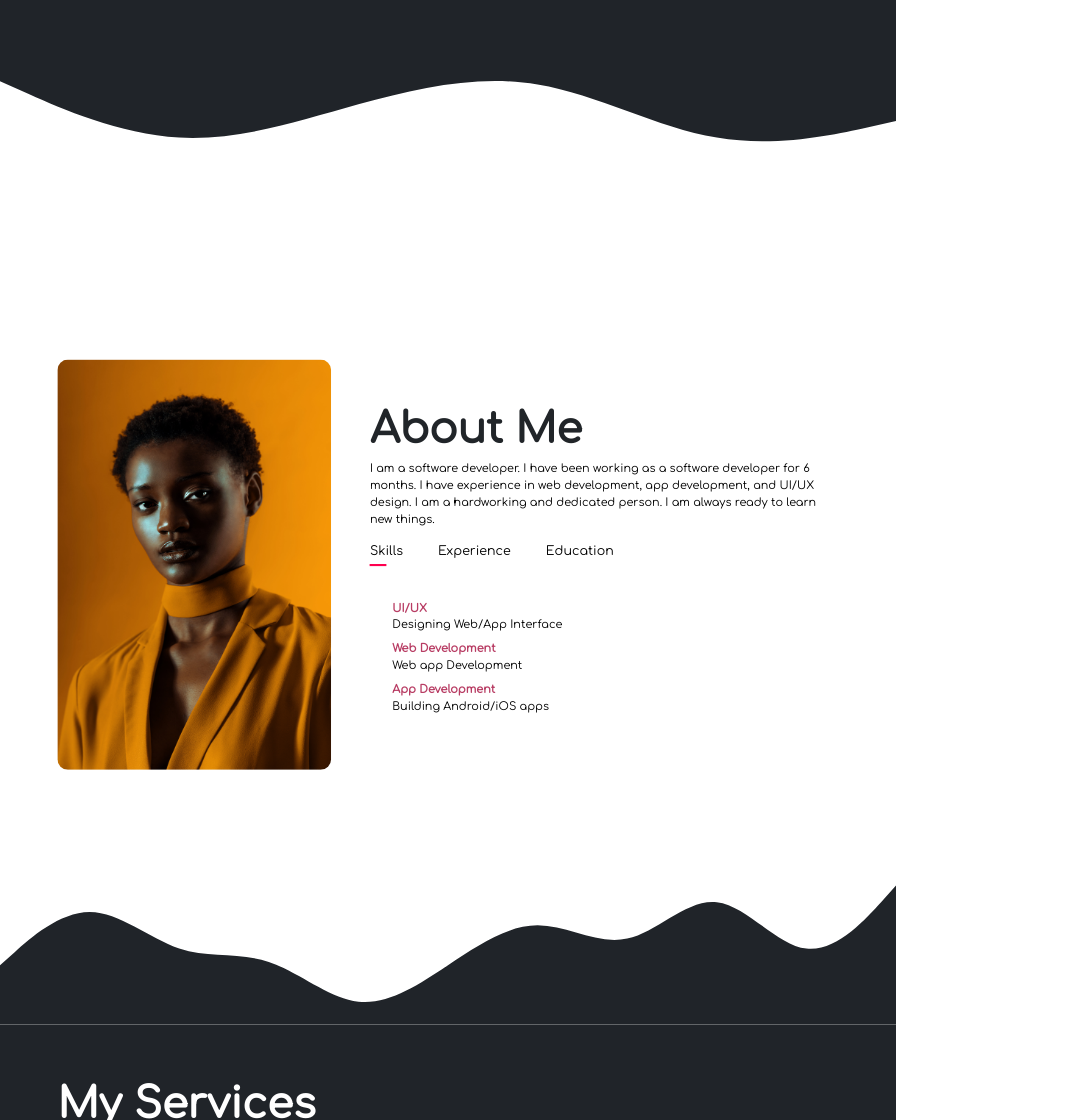
Repository: MMALI3287/Resume
Page: index.html
These files come from the project's save history. The page is drawn as it stood at one moment and after the next save; the edit follows.
The browser window is 1280 px wide. The page is 1542 px wide, so the pictures cover 1542 px, including what lies to the right of the window. The pictures show the part of the page from y = 2974 to 4574 px (the page is 7207 px tall), at 70% of full size.
Some web libraries are served in a nearby version.

Above is the page before, as saved 2023-07-16 01:32:32.

### index.html
<!DOCTYPE html>
<html lang="en">
  <head>
    <meta charset="UTF-8" />
    <meta name="viewport" content="width=device-width, initial-scale=1.0" />
    <link rel="stylesheet" href="css/bootstrap.css" />
    <link rel="stylesheet" href="css/style.css" />
    <title>Musaddique Ali - Web Development, Programmer </title>
  <link rel="stylesheet" href="css/style.css" />
  <script src="https://kit.fontawesome.com/03ffe29f8b.js" crossorigin="anonymous"></script>
  <!-- Google tag (gtag.js) -->
<script async src="https://www.googletagmanager.com/gtag/js?id=G-VLNF64TM34"></script>
<script>
  window.dataLayer = window.dataLayer || [];
  function gtag(){dataLayer.push(arguments);}
  gtag('js', new Date());

  gtag('config', 'G-VLNF64TM34');
</script>
  </head>
  <body>
    <div id="header">
      <nav class="navbar navbar-expand-lg bg-transparent">
        <div class="container-fluid">
          <a class="navbar-brand logo text-light" href="#">MrMMALI</a>
          <button
            class="navbar-toggler"
            type="button"
            data-bs-toggle="collapse"
            data-bs-target="#navbarNav"
            aria-controls="navbarNav"
            aria-expanded="false"
            aria-label="Toggle navigation"
          >
            <span class="navbar-toggler-icon"></span>
          </button>
          <div class="collapse navbar-collapse" id="navbarNav">
            <ul class="navbar-nav">
              <li class="nav-item">
                <a
                  class="nav-link active text-light"
                  aria-current="page"
                  href="#"
                  >Home</a
                >
              </li>
              <li class="nav-item">
                <a class="nav-link text-light" href="#">Portfolio</a>
              </li>
              <li class="nav-item">
                <a class="nav-link text-light" href="#">Expertise</a>
              </li>
              <li class="nav-item">
                <a class="nav-link text-light" href="#">About</a>
              </li>
              <li class="nav-item">
                <a class="nav-link text-light" href="#">Services</a>
              </li>
              <li class="nav-item">
                <a class="nav-link text-light" href="#">Projects</a>
              </li>
            </ul>
          </div>
        </div>
        <div>
          <button
            class="btn btn-outline-light git text-light rounded-0"
            type="button"
            data-bs-toggle="modal"
            data-bs-target="#exampleModal"
          >
            Get in touch
          </button>
        </div>
      </nav>
      <div class="land">
        <div class="header-text">
          <p class="mb-0">MUSADDIQUE ALI</p>
        </div>
        <div class="subheader">
          <p>Software Developer</p>
        </div>
        <div class="sub">
          <p>
            Hello, my name is MD Musaddique Ali Erfan, Nice to meet you <br />
            I would like to welcome you to my personal portfolio.
          </p>
        </div>
      </div>
    </div>
    <svg xmlns="http://www.w3.org/2000/svg" viewBox="0 100 1440 320">
      <path
        fill="#202429"
        fill-opacity="1"
        d="M0,192L48,197.3C96,203,192,213,288,234.7C384,256,480,288,576,256C672,224,768,128,864,122.7C960,117,1056,203,1152,218.7C1248,235,1344,181,1392,154.7L1440,128L1440,0L1392,0C1344,0,1248,0,1152,0C1056,0,960,0,864,0C768,0,672,0,576,0C480,0,384,0,288,0C192,0,96,0,48,0L0,0Z"
      ></path>
    </svg>
    <div class="container">
      <div class="row">
        <div class="col-md-3">
          <p class="biog">Biography</p>
          <p class="subtext">
            I am Musaddique, A software developer <br />
            From Bangladesh
          </p>
          <p>Contact</p>
          <p class="subtext">
            Rampura,Dhaka <br />erfanali3287@gmail.com <br />+8801793515517
          </p>
          <p>Services</p>
          <p class="subtext bot">
            Website Design <br />Mobile application Development <br />Game
            Development
          </p>
        </div>
        <div class="col-md-6 capbord">
          <div id="capsule"></div>
        </div>
        <div class="col-md-3">
          <p class="biog text-end">Years of Experience</p>
          <p class="subtext2 text-end">2 years</p>
          <p class="text-end">Satisfaction Client</p>
          <p class="subtext2 text-end">100%</p>
          <p class="text-end">Volunteer Works</p>
          <p class="subtext2 text-end">5+</p>
          <p class="text-end">Projects</p>
          <p class="subtext2 text-end">10+</p>
        </div>
      </div>
    </div>
    <svg xmlns="http://www.w3.org/2000/svg" viewBox="0 0 1440 320"><path fill="#202429" fill-opacity="1" d="M0,256L24,229.3C48,203,96,149,144,144C192,139,240,181,288,197.3C336,213,384,203,432,218.7C480,235,528,277,576,272C624,267,672,213,720,202.7C768,192,816,224,864,202.7C912,181,960,107,1008,112C1056,117,1104,203,1152,208C1200,213,1248,139,1296,122.7C1344,107,1392,149,1416,170.7L1440,192L1440,320L1416,320C1392,320,1344,320,1296,320C1248,320,1200,320,1152,320C1104,320,1056,320,1008,320C960,320,912,320,864,320C816,320,768,320,720,320C672,320,624,320,576,320C528,320,480,320,432,320C384,320,336,320,288,320C240,320,192,320,144,320C96,320,48,320,24,320L0,320Z"></path></svg>

    <div class="advantage bg-dark text-center">
      <div class="container">
        <div class="row">
          <p class="mexp">My Expertise</p>
        </div>
        <div class="row">
          <div class="col-md-2">
            <img
              src="assets/images/c-.png"
              height="100px"
              width="100px"
              alt="c++"
            />
            <br />
            <p class="text-light h1 mb-5 mt-5 fw-bold">91%</p>
            <p class="text-light h5 p-5">C++</p>
          </div>
          <div class="col-md-2">
            <img
              src="assets/images/android-icon.svg"
              height="100px"
              width="100px"
              alt="c++"
            /><br />
            <p class="text-light h1 mb-5 mt-5 fw-bold">84%</p>
            <p class="text-light h5 p-5">Android</p>
          </div>
          <div class="col-md-2">
            <img
              src="assets/images/flutterio-icon.svg"
              height="100px"
              width="100px"
              alt="c++"
            /><br />
            <p class="text-light h1 mb-5 mt-5 fw-bold">78%</p>
            <p class="text-light h5 p-5">Flutter</p>
          </div>
          <div class="col-md-2">
            <img
              src="assets/images/unity.png"
              height="100px"
              width="100px"
              alt="c++"
            /><br />
            <p class="text-light h1 mb-5 mt-5 fw-bold">76%</p>
            <p class="text-light h5 p-5">Unity</p>
          </div>
          <div class="col-md-2">
            <img
              src="assets/images/ADBE.svg"
              height="100px"
              width="100px"
              alt="c++"
            /><br />
            <p class="text-light h1 mb-5 mt-5 fw-bold">83%</p>
            <p class="text-light h5 p-5">Adobe</p>
          </div>
          <div class="col-md-2">
            <img
              src="https://upload.wikimedia.org/wikipedia/commons/0/0e/Microsoft_365_%282022%29.svg"
              height="100px"
              width="100px"
              alt="c++"
            /><br />
            <p class="text-light h1 mb-5 mt-5 fw-bold">94%</p>
            <p class="text-light h5 p-5">Office</p>
          </div>
        </div>
      </div>
    </div>

    <svg xmlns="http://www.w3.org/2000/svg" viewBox="0 0 1440 320"><path fill="#202429" fill-opacity="1" d="M0,160L48,181.3C96,203,192,245,288,250.7C384,256,480,224,576,197.3C672,171,768,149,864,165.3C960,181,1056,235,1152,250.7C1248,267,1344,245,1392,234.7L1440,224L1440,0L1392,0C1344,0,1248,0,1152,0C1056,0,960,0,864,0C768,0,672,0,576,0C480,0,384,0,288,0C192,0,96,0,48,0L0,0Z"></path></svg>

    <!-- * about -->
  <div id="about">
    <div class="container">
      <div class="rowc">
        <div class="about-col-1">
          <img src="assets/images/capsule.jpg" alt="user" />
        </div>
        <div class="about-col-2">
          <h2 class="sub-title text-dark">About Me</h2>
          <p>
            I am a software developer. I have been working as a software developer for 6 months. I have
            experience in web development, app development, and UI/UX design. I am a hardworking and
            dedicated person. I am always ready to learn new things.
          </p>
          <div class="tab-titles">
            <p class="tab-links active-link" onclick="opentab('skills')">Skills</p>
            <p class="tab-links" onclick="opentab('experience')"">Experience</p>
              <p class=" tab-links" onclick="opentab('education')"">Education</p>
            </div>
            <div class=" tab-contents active-tab" id="skills">
            <ul>
              <li><span>UI/UX</span><br />Designing Web/App Interface</li>
              <li><span>Web Development</span><br />Web app Development</li>
              <li>
                <span>App Development</span><br />Building Android/iOS apps
              </li>
            </ul>
          </div>
          <div class="tab-contents" id="experience">
            <ul>
              <li>
                <span>2022 - Current</span><br />Software Developer Intern at
                TETON Pvt ltd
              </li>
            </ul>
          </div>
          <div class="tab-contents" id="education">
            <ul>
              <li>
                <span>Current</span><br />BSc. from Ahsanullah University of
                Science and Technology
              </li>
              <li>
                <span>2020</span> <br />
                HSC from Saint Joseph Higher Secondary School and College
              </li>
              <li>
                <span>2018</span><br />SSC from Ideal School and College
              </li>
            </ul>
          </div>
        </div>
      </div>
    </div>
  </div>
  <svg xmlns="http://www.w3.org/2000/svg" viewBox="0 0 1440 320"><path fill="#202429" fill-opacity="1" d="M0,224L24,202.7C48,181,96,139,144,138.7C192,139,240,181,288,197.3C336,213,384,203,432,218.7C480,235,528,277,576,282.7C624,288,672,256,720,224C768,192,816,160,864,160C912,160,960,192,1008,181.3C1056,171,1104,117,1152,122.7C1200,128,1248,192,1296,197.3C1344,203,1392,149,1416,122.7L1440,96L1440,320L1416,320C1392,320,1344,320,1296,320C1248,320,1200,320,1152,320C1104,320,1056,320,1008,320C960,320,912,320,864,320C816,320,768,320,720,320C672,320,624,320,576,320C528,320,480,320,432,320C384,320,336,320,288,320C240,320,192,320,144,320C96,320,48,320,24,320L0,320Z"></path></svg>


  <!-- * services -->
  <div id="services">
    <div class="container">
      <h2 class="sub-title">My Services</h2>
      <div class="services-list">
        <div>
          <i class="fa-solid fa-crop"></i>
          <h2>UI/UX Design</h2>
          <p>
            UI/UX Design is the process of creating a product that provides meaningful and relevant user experiences. It is a process of designing products in a way that it provides meaningful and relevant experiences to users.
          </p>
          <a href="#">Learn more</a>
        </div>
        <div>
          <i class="fa-solid fa-code"></i>
          <h2>Web Development</h2>
          <p>
            Web Development is the process of creating a website for the internet. It is a process of creating a website for the internet.
          </p>
          <a href="#">Learn more</a>
        </div>
        <div>
          <i class="fa-solid fa-mobile-screen"></i>
          <h2>App Development</h2>
          <p>
            App Development is the process of creating a mobile application for smartphones and tablets. It is a process of creating a mobile application for smartphones and tablets.
          </p>
          <a href="#">Learn more</a>
        </div>
      </div>
    </div>
  </div>
<svg xmlns="http://www.w3.org/2000/svg" viewBox="0 0 1440 320"><path fill="#202429" fill-opacity="1" d="M0,256L24,234.7C48,213,96,171,144,170.7C192,171,240,213,288,224C336,235,384,213,432,213.3C480,213,528,235,576,224C624,213,672,171,720,149.3C768,128,816,128,864,122.7C912,117,960,107,1008,138.7C1056,171,1104,245,1152,261.3C1200,277,1248,235,1296,208C1344,181,1392,171,1416,165.3L1440,160L1440,0L1416,0C1392,0,1344,0,1296,0C1248,0,1200,0,1152,0C1104,0,1056,0,1008,0C960,0,912,0,864,0C816,0,768,0,720,0C672,0,624,0,576,0C528,0,480,0,432,0C384,0,336,0,288,0C240,0,192,0,144,0C96,0,48,0,24,0L0,0Z"></path></svg>

  <!-- -------------------portfolio------------------- -->
  <div id="portfolio">
    <div class="container">
      <h2 class="sub-title text-dark">My Latest Projects</h2>
      <div class="work-list">
        <div class="work">
          <div class="p-2 rounded-3 border bg-danger"><img src="assets/images/wordmaestro.jpg" height="250px" alt="UX"></div>
          <div class="layer">
            <h3>
              Social Media UI
            </h3>
            <p>
              The app is designed for social media users. It is a simple and easy to use app.
            </p>
            <a href="#"><i class="fa-sharp fa-solid fa-up-right-from-square"></i></a>
          </div>
          <p class="h4 mt-4">Word Maestro</p>
          <p class="h6">Game Development with C++</p>
        </div>
        <div class="work">
          <div class="p-2 rounded-3 border bg-danger"><img src="assets/images/resortadmin.jpg"  height="250px"  alt="Web"></div>
          <div class="layer">
            <h3>
              Social Media Website
            </h3>
            <p>
              The app is designed for social media users. It is a simple and easy to use app.
            </p>
            <a href="#"><i class="fa-sharp fa-solid fa-up-right-from-square"></i></a>
          </div>
          <p class="h4 mt-4">Resort Administration</p>
          <p class="h6">Software Development with Java</p>
        </div>
        <div class="work">
          <div class="p-2 rounded-3 border bg-danger"> <img src="assets/images/reuse.png"  height="250px"  alt="App"></div>
          <div class="layer">
            <h3>
              Social Media App
            </h3>
            <p>
              The app is designed for social media users. It is a simple and easy to use app.
            </p>
            <a href="#"><i class="fa-sharp fa-solid fa-up-right-from-square"></i></a>
          </div>
          <p class="h4 mt-4">ReUse</p>
          <p class="h6">Mobile Development with Android</p>
        </div>
      </div>
      <a href="#" class="btnc text-dark">See more</a>
    </div>
  </div>
  <svg xmlns="http://www.w3.org/2000/svg" viewBox="0 0 1440 320"><path fill="#202429" fill-opacity="1" d="M0,128L48,160C96,192,192,256,288,272C384,288,480,256,576,250.7C672,245,768,267,864,240C960,213,1056,139,1152,133.3C1248,128,1344,192,1392,224L1440,256L1440,320L1392,320C1344,320,1248,320,1152,320C1056,320,960,320,864,320C768,320,672,320,576,320C480,320,384,320,288,320C192,320,96,320,48,320L0,320Z"></path></svg>
  <!-- -------------------contact------------------- -->
  <div id="contact">
    <div class="container">
      <div class="row">
        <div class="contact-left">
          <h2 class="sub-title">
            Contact Me
          </h2>
          <p class="text-light"><i class="fa-solid fa-envelope"></i> erfanali3287@gmail.com</p>
          <p class="text-light"><i class="fa-solid fa-phone"></i> +880 1793 515 517</p>
          <p class="text-light"><i class="fa-solid fa-location-dot"></i> Dhaka, Bangladesh</p>
          <div class="social-icons">
            <a href="https://www.facebook.com/musaddique.mmali/"><i class="fa-brands fa-facebook"></i></a>
            <a href="https://twitter.com/MusaddiqueMMALI/"><i class="fa-brands fa-twitter"></i></a>
            <a href="https://www.instagram.com/mdmusaddiquealierfan/"><i class="fa-brands fa-instagram"></i></a>
            <a href="https://www.linkedin.com/in/musaddique-ali/"><i class="fa-brands fa-linkedin"></i></a>
            <a href="https://github.com/MMALI3287/"><i class="fa-brands fa-github"></i></a>
          </div>
          <a href="images/resume.pdf" download class="btnc btn2">Download Resume</a>
        </div>
        <div class="contact-right">
          <form name="submit-to-google-sheet">
            <input type="text" name="Name" placeholder="Your Name" required>
            <input type="email" name="E-Mail" placeholder="Your Email" required>
            <textarea name="Message" rows="6" placeholder="Your Message"></textarea>
            <button type="submit" class="btnc btn2">Send</button>
          </form>
          <span id="msg"></span>
        </div>
      </div>
    </div>
      <div class="copyright">
        <p>Copyright © Musaddique Ali. Thank you for visiting <i class="fas fa-heart"></i></p>
      </div>
    </div>

    <script src="js/bootstrap.js"></script>
    <script src="js/index.js"></script>
  </body>
</html>

Loaded but not shown: css/bootstrap.css (library); js/bootstrap.js (library); js/index.js (35 lines, source omitted); css/style.css (551 lines, source omitted)

After the next save:
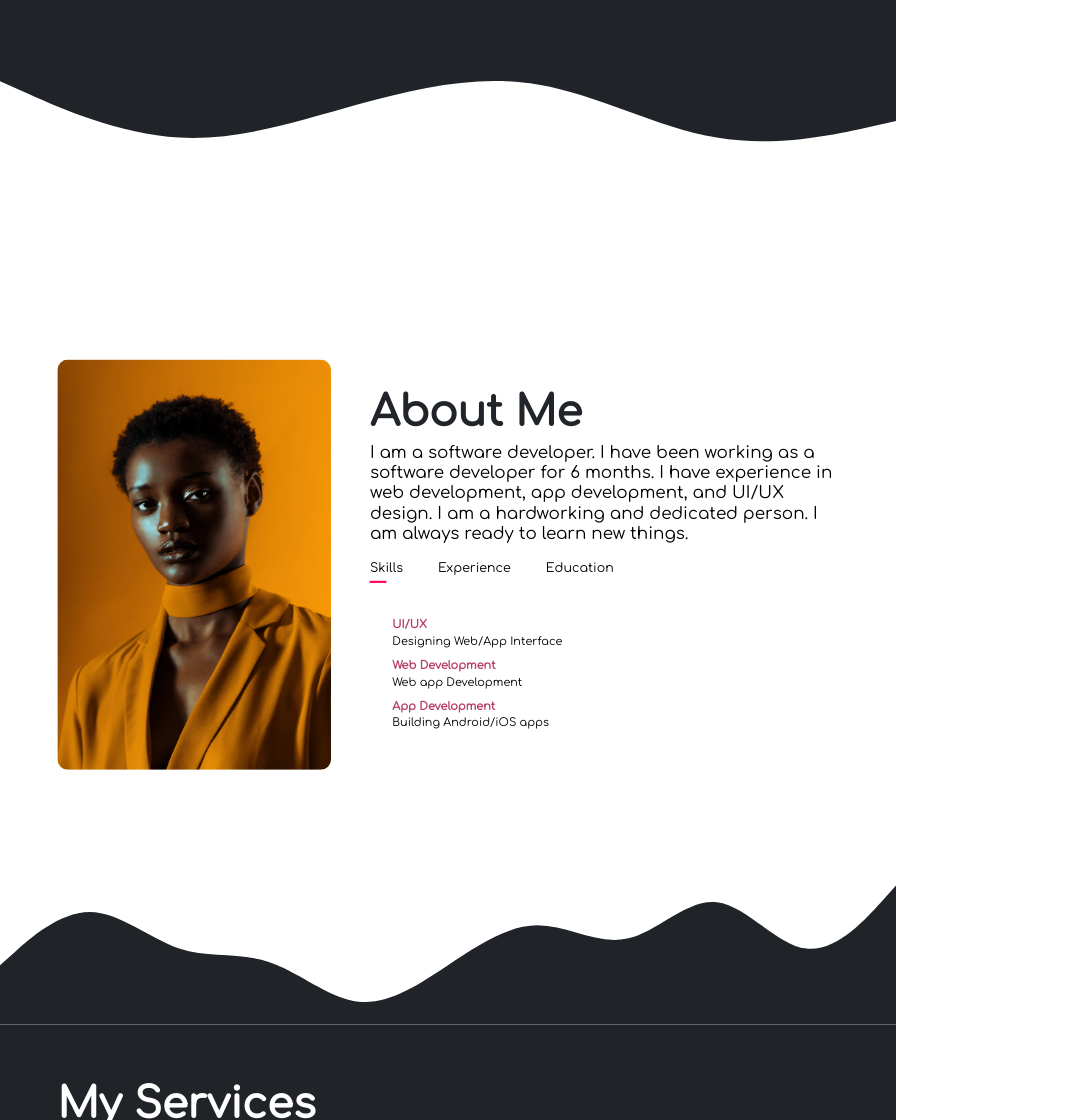
Saved 4 min 11 s later.
--- a/index.html
+++ b/index.html
@@ -212,7 +212,7 @@
         </div>
         <div class="about-col-2">
           <h2 class="sub-title text-dark">About Me</h2>
-          <p>
+          <p class="h4">
             I am a software developer. I have been working as a software developer for 6 months. I have
             experience in web development, app development, and UI/UX design. I am a hardworking and
             dedicated person. I am always ready to learn new things.
